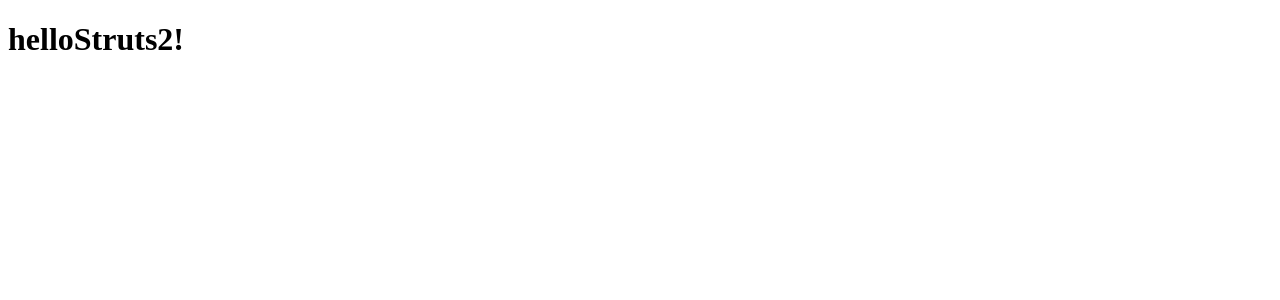
Repository: okinaga/internous
Page: http://localhost/WebProj/hello.jsp
These files come from the project's save history. The page is drawn as it stood at one moment and after the next save; the edit follows.
The browser window is 1280 px wide. The pictures show the whole page.
The page is served by Tomcat 9. Other server files are loaded and not shown.

Above is the page before, as saved 2018-09-28 10:28:53.

### WebProj/WebContent/hello.jsp
<%@ page language="java" contentType="text/html; charset=UTF-8"
    pageEncoding="UTF-8"%>
   <%@ taglib prefix="s" uri="/struts-tags"%>
<!DOCTYPE html PUBLIC "-//W3C//DTD HTML 4.01 Transitional//EN" "http://www.w3.org/TR/html4/loose.dtd">
<html>
<head>
<meta charset="utf-8">
<title>HelloStruts</title>
</head>
<body>
<h1>helloStruts2!</h1>
</body>
</html>

After the next save:
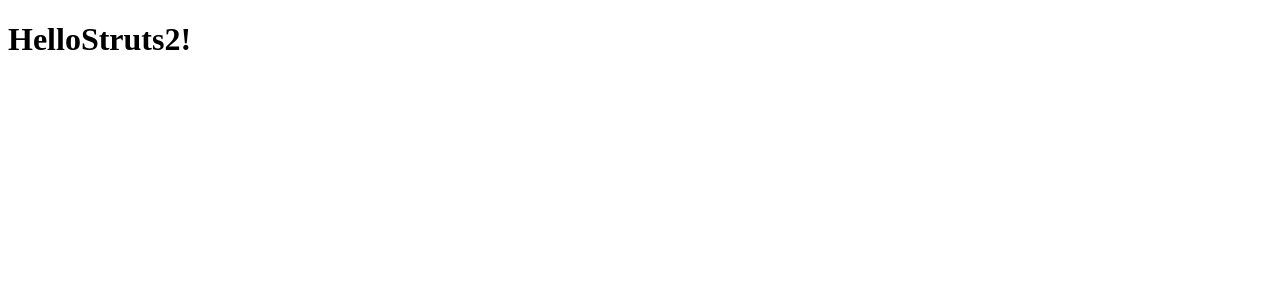
Saved 3 min 37 s later.
--- a/WebProj/WebContent/hello.jsp
+++ b/WebProj/WebContent/hello.jsp
@@ -1,13 +1,12 @@
-<%@ page language="java" contentType="text/html; charset=UTF-8"
-    pageEncoding="UTF-8"%>
-   <%@ taglib prefix="s" uri="/struts-tags"%>
-<!DOCTYPE html PUBLIC "-//W3C//DTD HTML 4.01 Transitional//EN" "http://www.w3.org/TR/html4/loose.dtd">
+<%@ page language="java" contentType="text/html; charset=UTF-8" pageEncoding="UTF-8"%>
+<%@ taglib prefix="s" uri="/struts-tags"%>
+<!DOCTYPE html>
 <html>
 <head>
 <meta charset="utf-8">
 <title>HelloStruts</title>
 </head>
 <body>
-<h1>helloStruts2!</h1>
+<h1>HelloStruts2!</h1>
 </body>
 </html>
